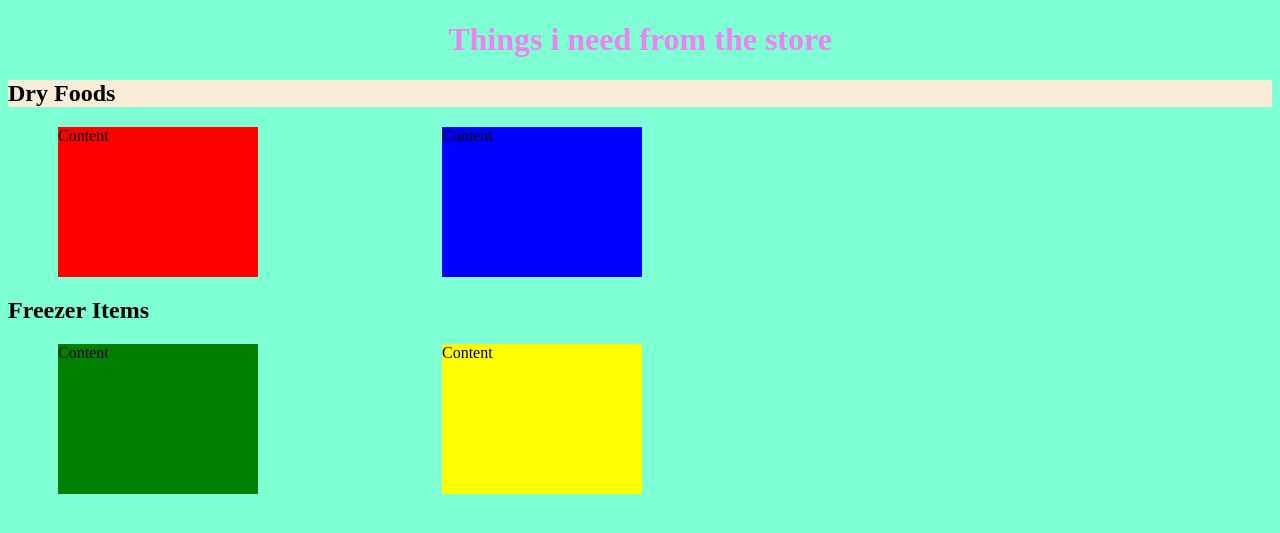
Repository: TheTroyPhillips/Block14
Page: Coursework/Block06/index.html
The author's editor kept a copy of each file at every save. The page is drawn from the files as they stood at one save, then again after a run of saves.
The browser window is 1280 px wide. The pictures show the whole page.

Above is the page before, as saved 2023-08-29 17:34:38.

### Coursework/Block06/index.html
<!DOCTYPE html>
<html lang="en">
<head>
    <meta charset="UTF-8">
    <meta name="viewport" content="width=device-width, initial-scale=1.0">
    <title>Troy's Grocery List</title>
    <link rel="stylesheet" href="styles.css">
    <style>
        h1{
            color: violet;
            text-align: center;
        }
    </style>
</head>
<body style="background-color: aquamarine;">
    <h1> Things i need from the store</h1>
    <h2 class="Dry"> Dry Foods</h2>

      <div class="Box Red"> Content </div>
      <div class="Box Blue"> Content </div>
    <h2> Freezer Items</h2>
      <div class="Box Green"> Content </div>
      <div class="Box Yellow"> Content </div>




</body>
</html>

### Coursework/Block06/styles.css
h2 {
    margin-top: ;
}
.Box{
    width: 200px;
    height:150px;
    color: black;
    display: inline-block;
    margin-right: 130px;
    margin-left: 50px;
}
.Red{
    background-color: red;
}
.Blue{
    background-color: blue;
}
.Green{
    background-color: green;
}
.Yellow{
    background-color: yellow;
}
.Dry{
    background-color: antiquewhite;
}

After the next 2 saves:
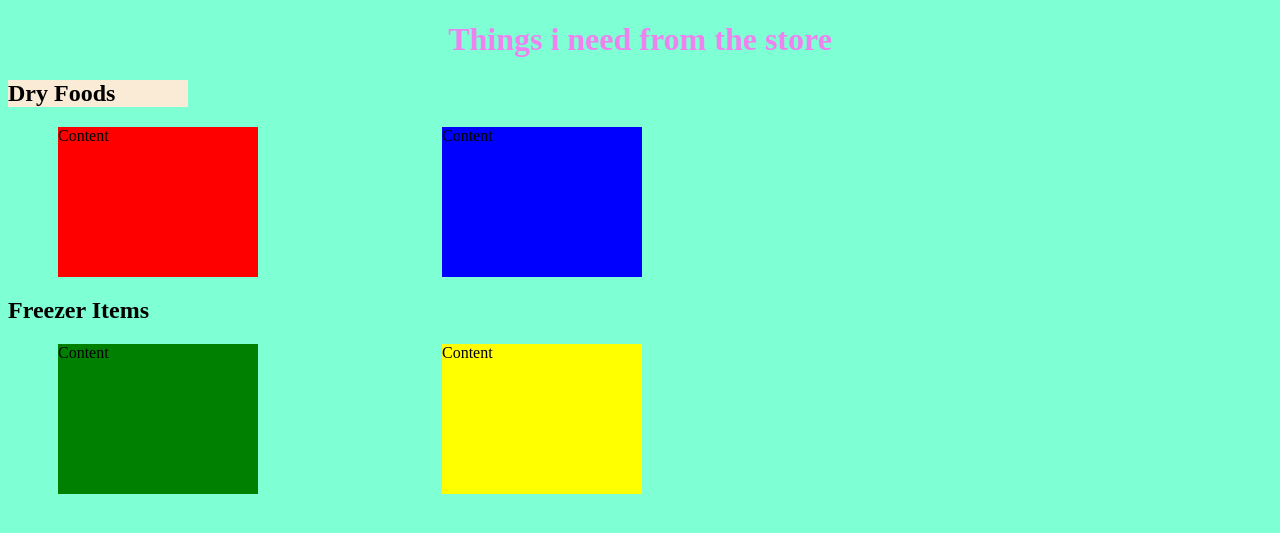
The 2 saves are shown as one change because they came seconds apart.
The last was saved 9 s later.
--- a/Coursework/Block06/styles.css
+++ b/Coursework/Block06/styles.css
@@ -23,4 +23,5 @@
 }
 .Dry{
     background-color: antiquewhite;
+    width: 180px;
 }

After the 2 saves that followed:
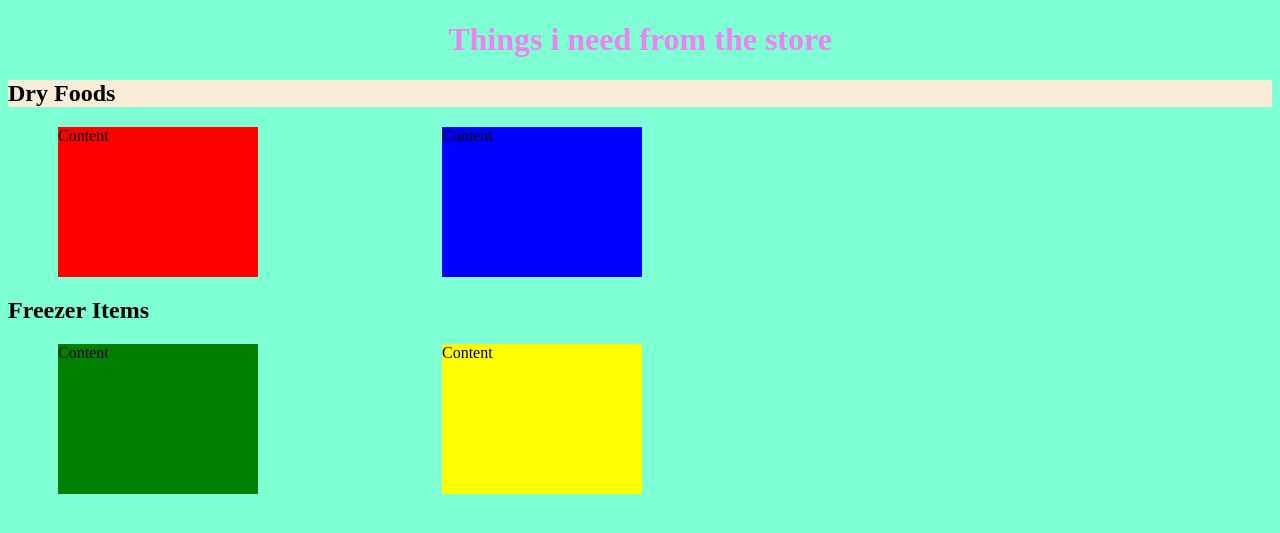
The 2 saves are shown as one change because they came seconds apart.
The last was saved 7 s later.
--- a/Coursework/Block06/styles.css
+++ b/Coursework/Block06/styles.css
@@ -23,5 +23,5 @@
 }
 .Dry{
     background-color: antiquewhite;
-    width: 180px;
+    width: 75;
 }
